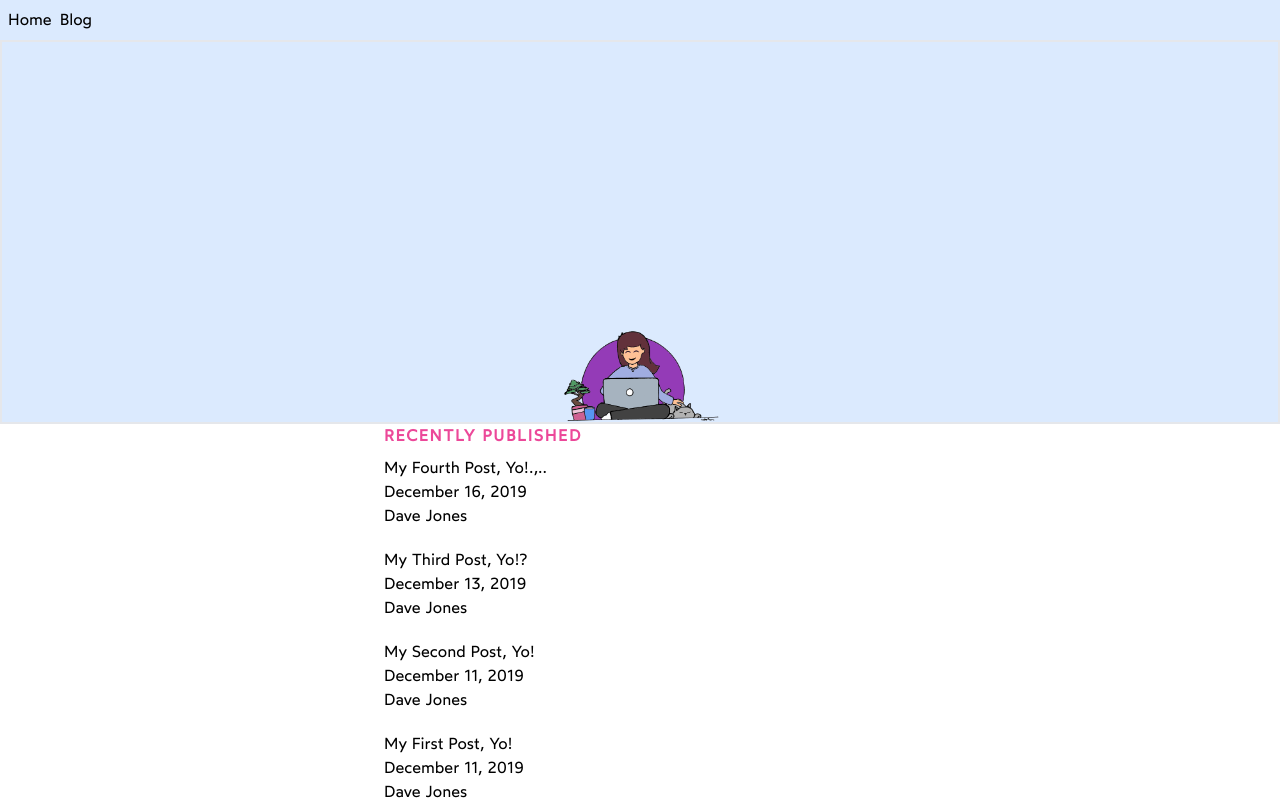
Repository: Risclover/markdown-blog
Page: /
The author's editor kept a copy of each file at every save. The page is drawn from the files as they stood at one save, then again after the next save.
The browser window is 1280 px wide. The pictures show the whole page.
The project was rebuilt for these pictures with package versions that can differ from the ones it lists, and the page was loaded fresh each time.

Above is the page before, as saved 2023-06-28 12:08:34.

### src/index.js
import React from "react";
import ReactDOM from "react-dom/client";
import { BrowserRouter as Router } from "react-router-dom";
import "./fonts/wotfard-cufonfonts-webfont/style.css";

import "./index.css";
import App from "./App";

const root = ReactDOM.createRoot(document.getElementById("root"));
root.render(
  <Router>
    <App />
  </Router>
);

### src/fonts/wotfard-cufonfonts-webfont/style.css
/* #### Generated By: http://www.cufonfonts.com #### */

    @font-face {
    font-family: 'Wotfard Regular';
    font-style: normal;
    font-weight: normal;
    src: local('Wotfard Regular'), url('Wotfard-Regular.woff') format('woff');
    }

### src/index.css
*,
*::before,
*::after {
  box-sizing: border-box;
}
* {
  margin: 0;
}
body {
  line-height: 1.5;
  min-height: 100vh;
  -webkit-font-smoothing: antialiased;
}
img,
picture,
video,
canvas,
svg {
  display: block;
  max-width: 100%;
}
input,
button,
textarea,
select {
  font: inherit;
}
p,
h1,
h2,
h3,
h4,
h5,
h6 {
  overflow-wrap: break-word;
}
#root,
#__next {
  isolation: isolate;
}

### src/App.js
import "./App.css";
import { Route, Routes } from "react-router-dom";
import Home from "./pages/Home";
import NavBar from "./components/NavBar";
import Header from "./components/Header";
import HomeHeader from "./components/HomeHeader";

function App() {
  return (
    <div className="bg-white-100 min-h-screen">
      <Header>
        <NavBar />
        <HomeHeader />
      </Header>
      <div className="max-w-screen-lg m-auto">
        <Routes>
          <Route path="/" element={<Home />} />
        </Routes>
      </div>
    </div>
  );
}

export default App;

### src/pages/Home.js
import React, { useEffect } from "react";
import postList from "../posts.json";
import HomeHeader from "../components/HomeHeader";

export default function Home() {
  console.log(postList);

  postList.sort((a, b) => {
    let aPost = a.timestamp;
    let bPost = b.timestamp;

    return bPost - aPost;
  });

  return (
    <div className="container max-w-lg font-sans mx-auto border-black-4">
      <h2 className="uppercase text-base font-semibold tracking-widest text-pink-500">
        Recently Published
      </h2>
      <div className="grid grid-cols-1 gap-1 grid-flow-row ">
        {postList.map((post) => (
          <div key={post.id} className="container py-2 bg-white">
            <div>{post.title}</div>
            <div>{post.date}</div>
            <div>{post.author}</div>
          </div>
        ))}
      </div>
    </div>
  );
}

### src/components/NavBar.js
import React from "react";

export default function NavBar() {
  return (
    <div className="py-2">
      <ul className="flex">
        <li className="mx-2">Home</li>
        <li>Blog</li>
      </ul>
    </div>
  );
}

### src/components/Header.js
import React from "react";

export default function Header({ children }) {
  return <header className="w-full bg-blue-100">{children}</header>;
}

### src/components/HomeHeader.js
import React from "react";
import Avatar from "../images/avatar.png";
export default function HomeHeader() {
  return (
    <div className="h-96 bg-blue-100 flex flex-col justify-end border-2 border-red">
      <div>
        <img className="w-40 m-auto border-black-4" src={Avatar} />
      </div>
    </div>
  );
}

### src/posts.json
[{"id":4,"title":"My Third Post, Yo!?","subtitle":"No subtitle given","description":"No description given","author":"Dave Jones","date":"December 13, 2019","timestamp":1576224000,"content":"\nWelcome to My Blog. _It's a beautiful thing._ I hope you'll have as much fun reading my posts as I have writing them. Well, before we go any further, allow me to introduce myself. I'm Dave Jones. I'm 34, and from Montreal, Canada.\n"},{"id":3,"title":"My Second Post, Yo!","subtitle":"No subtitle given","description":"No description given","author":"Dave Jones","date":"December 11, 2019","timestamp":1576051200,"content":"\nWelcome to My Blog. _It's a beautiful thing._ I hope you'll have as much fun reading my posts as I have writing them. Well, before we go any further, allow me to introduce myself. I'm Dave Jones. I'm 34, and from Montreal, Canada.\n"},{"id":2,"title":"My Fourth Post, Yo!.,..","subtitle":"No subtitle given","description":"No description given","author":"Dave Jones","date":"December 16, 2019","timestamp":1576483200,"content":"\nWelcome to My Blog. _It's a beautiful thing._ I hope you'll have as much fun reading my posts as I have writing them. Well, before we go any further, allow me to introduce myself. I'm Dave Jones. I'm 34, and from Montreal, Canada.\n"},{"id":1,"title":"My First Post, Yo!","subtitle":"This is a subtitle.","description":"Happy Pride month! In this tutorial, I'll share a handful of my favourite animation tricks. You'll learn how to build an animated wavy pride flag using CSS keyframes and linear gradients. We'll also see how to make it dynamic using React. 🏳️‍🌈","author":"Dave Jones","date":"December 11, 2019","timestamp":1576051200,"content":"\nWelcome to My Blog. _It's a beautiful thing._ I hope you'll have as much fun reading my posts as I have writing them. Well, before we go any further, allow me to introduce myself. I'm Dave Jones. I'm 34, and from Montreal, Canada.\n"}]

### tailwind.config.js
/** @type {import('tailwindcss').Config} */
module.exports = {
  content: [
    "./app/**/*.{js,ts,jsx,tsx,mdx}",
    "./pages/**/*.{js,ts,jsx,tsx,mdx}",
    "./components/**/*.{js,ts,jsx,tsx,mdx}",

    // Or if using `src` directory:
    "./src/**/*.{js,ts,jsx,tsx,mdx}",
  ],
  theme: {
    fontFamily: {
      sans: ["Wotfard Regular", "sans-serif"],
    },
    extend: {},
  },
  plugins: [],
};

Loaded but not shown: public/index.html (common file); src/App.css (common file)

After the next save:
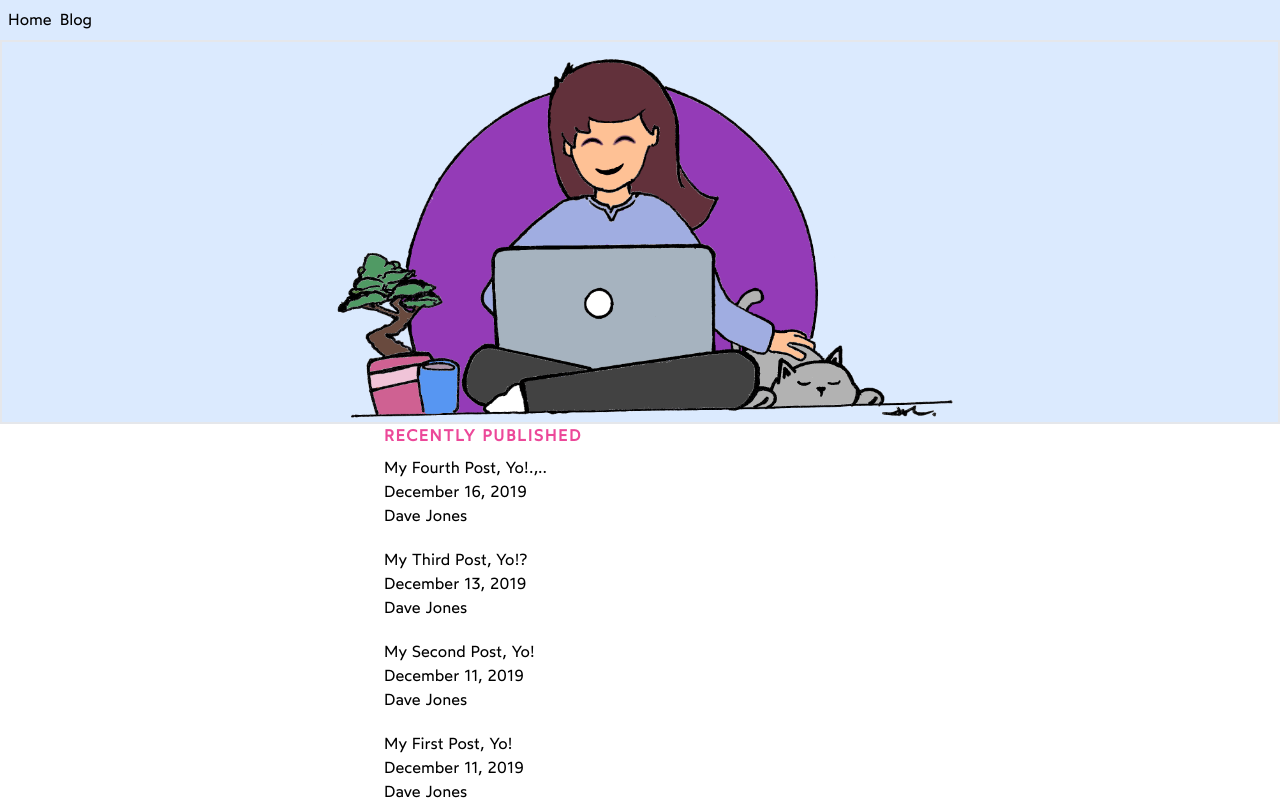
Saved 19 s later.
--- a/src/components/HomeHeader.js
+++ b/src/components/HomeHeader.js
@@ -4,7 +4,7 @@ export default function HomeHeader() {
   return (
     <div className="h-96 bg-blue-100 flex flex-col justify-end border-2 border-red">
       <div>
-        <img className="w-40 m-auto border-black-4" src={Avatar} />
+        <img className="w-3/6 m-auto border-black-4" src={Avatar} />
       </div>
     </div>
   );
